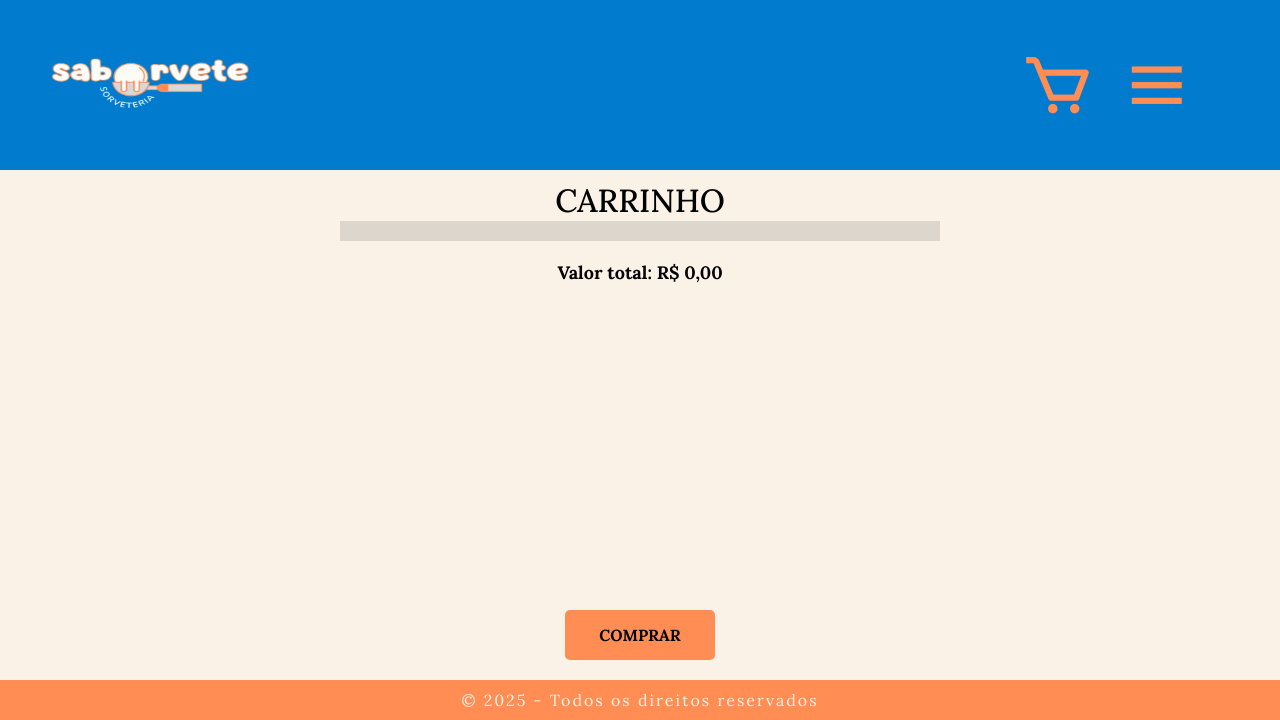
Repository: pedropastoriz/pdv-sorveteria
Page: frontend/carrinho.html
The author's editor kept a copy of each file at every save. The page is drawn from the files as they stood at one save, then again after the next save.
The browser window is 1280 px wide. The pictures show the whole page.

Above is the page before, as saved 2025-04-10 07:19:09.

### frontend/carrinho.html
<!DOCTYPE html>
<html lang="pt-br">
<head>
  <meta charset="UTF-8">
  <meta name="viewport" content="width=device-width, initial-scale=1.0">
  <title>Saborvete - Carrinho</title>
  <link rel="icon" href="/frontend/Imagens/abaLogo.png" type="image/png">
  <link rel="stylesheet" href="carrinho.css">
  <link rel="stylesheet" href="https://cdn.jsdelivr.net/npm/boxicons@latest/css/boxicons.min.css">
</head>
<body>
  <!-- Barra de navegação -->
  <header>
    <a href="home.html" class="logo">
      <img src="/frontend/Imagens/logoSaborvete-semFundo.png" alt="Saborvete">
    </a>
    <div class="navbar">
      <a href="/frontend/carrinho.html" class="iconesNav"><i class="bx bx-cart" id="carrinho-icon"></i></a>
      <a href="/frontend/atualizar.html" class="iconesNav"><i class="bx bx-menu" id="menu-icon"></i></a>
    </div>
  </header>

  <!-- Conteúdo principal -->
  <div class="conteudo">
    <h1>CARRINHO</h1>
    <div class="cart-container" id="carrinho-container">
      <!-- Produtos serão inseridos dinamicamente pelo carrinho.js -->
    </div>
    <div class="campo-valorTotal">
      <div id="valor-total">Valor total: R$ 0,00</div>
    </div>
  </div>

  <!-- Botão de compra -->
  <button id="comprar">COMPRAR</button>

  <!-- Painel de pagamento -->
  <div id="overlay" style="display: none;"></div>
  <div id="painel-pagamento" style="display: none;">
    <h2>FORMA DE PAGAMENTO</h2>
    <select id="forma-pagamento">
      <option disabled selected>Escolha a forma de pagamento</option>
      <option value="pix">Pix</option>
      <option value="credito">Cartão de Crédito</option>
      <option value="debito">Cartão de Débito</option>
      <option value="dinheiro">Dinheiro</option>
    </select>
    <button id="realizar-pagamento">FINALIZAR COMPRA</button>
    <button id="fechar-painel">X</button>
  </div>

  <!-- Rodapé -->
  <footer class="footer">
    <p class="copyright">&copy; 2025 - Todos os direitos reservados</p>
  </footer>

  <!-- Script do carrinho -->
  <script src="carrinho.js"></script>
</body>
</html>

### frontend/carrinho.css
/*Google Fontes*/
@import url('https://fonts.googleapis.com/css2?family=Lora:ital,wght@0,400..700;1,400..700&family=Poppins:ital,wght@0,100;0,200;0,300;0,400;0,500;0,600;0,700;0,800;0,900;1,100;1,200;1,300;1,400;1,500;1,600;1,700;1,800;1,900&display=swap');

* {
    font-family: "Lora", "Poppins";
    margin: 0;
    padding: 0;
    box-sizing: border-box;
    list-style: none;
    text-decoration: none;
    scroll-padding-top: 2rem; /*1 rem = 16px*/
    scroll-behavior: smooth;
}

/*Variaveis de cor*/
:root {
  --blue-color: #017bce;
  --light-blue-color: #2C9EEB;
  --orange-color: #FF8D54;
  --brown-color: #6B4836;
  --text-color: black;
  --bg-color: #FAF2E7;
  --darker-bg-color: #ddd6cd;
}

html {
  height: 100%;
  margin: 0;
  padding: 0;
}

body {
  display: flex;
  flex-direction: column;
  min-height: 100vh;
  margin: 0;
  background-color: var(--bg-color);
  color: var(--bg-color);
  overflow-x: hidden;
}

/* ------------------------------------------------------------- CABEÇALHO ----------------------------------------------------------------*/

header {
  width: 100%;
  height: 170px;
  position: fixed;
  top: 0;
  right: 0;
  z-index: 1000;
  display: flex;
  align-items: center;
  justify-content: space-between;
  background: var(--blue-color);
  padding: 10px 50px;
}

.logo {
  display: inline-block;
  max-width: 180px;
  align-items: center;
  font-size: 1.1rem;
  font-weight: 600;
  color: var(--text-color);
  column-gap: 0.5rem;
}

.logo img {
  width: 200px;
  height: 160px;
}

.logo .bx {
  color: var(--light-blue-color);
}

.navbar {
  width: 300px;
  height: 200px;
  color: var(--light-blue-color);
  align-content: center;
  padding-left: 5rem;
}

#carrinho-icon {
  font-size: 75px;
}

#menu-icon {
  font-size: 75px;
}

.iconesNav {
  display: fixed;
  justify-content: center;
  align-items: center;
  overflow: visible;
  color: var(--orange-color);
  padding: 10px;
}

.iconesNav:hover {
  width: 10rem;
  height: 10rem;
  color: var(--light-blue-color);
  transition: background 0.5s;
}

@media (max-width: 600px) {
  #carrinho-icon, #menu-icon {
    font-size: 40px;
  }
}

/* ------------------------------------------------------------- CONTEÚDO ----------------------------------------------------------------*/

.conteudo {
  position: relative;
  z-index: 900;
  margin-top: 180px;
  flex: 1;
}

h1 {
  font-family: "Lora";
  text-align: center;
  color: var(--text-color);
  font-weight: 500;
}

.cart-container {
  width: 80%;
  max-width: 600px;
  height: auto;
  margin: 0 auto;
  padding: 10px;
  color: var(--text-color);
  background-color: var(--darker-bg-color);
}

.produto {
  display: flex;
  justify-content: space-between;
  align-items: center;
  margin: 10px 0;
  font-size: 18px;
  font-weight: bold;
}

.item-nome {
  font-size: 20px;
  margin: 5px 0;
  color: var(--text-color);
}

.item-preco {
  color: var(--text-color);
  font-weight: bold;
}

.botoes {
  display: flex;
  justify-content: center;
  align-items: center;
  gap: 10px;
}

.botoes button {
  background-color: var(--blue-color);
  color: var(--bg-color);
  border: none;
  border-radius: 4px;
  padding: 5px 10px;
  cursor: pointer;
  font-size: 16px;
}

.botoes button:hover {
  background-color: var(--orange-color);
  color: var(--text-color);
}

.botoes .quantidade {
  font-weight: bold;
  font-size: 16px;
}

.campo-valorTotal {
  margin-top: 0px;
  font-size: 20px;
  font-weight: bold;
}

#valor-total {
  text-align: center;
  margin-top: 20px;
  font-size: 18px;
  font-weight: bold;
  color: var(--text-color);
}

#comprar {
  width: 150px;
  height: 50px;
  padding: 10px 20px;
  margin: 20px auto;
  display: flex;
  justify-content: center;
  align-items: center;
  font-weight: bold;
  font-size: 16px;
  border: none;
  border-radius: 5px;
  cursor: pointer;
  background-color: var(--orange-color);
  color: var(--text-color);
}

#comprar:hover {
  background-color: var(--blue-color);
  color: var(--bg-color);
}

/* ------------------------------------------------------------- RODAPÉ ----------------------------------------------------------------*/

footer {
  width: 100%;
  background-color: var(--orange-color);
  text-align: center;
  padding: 10px;
}

.copyright {
  color: var(--bg-color);
  letter-spacing: 2px;
}

/* ------------------------------------------------------------- TAMANHO TELAS ----------------------------------------------------------------*/

@media (max-width: 1200px) {
  .produtos-container {
      grid-template-columns: repeat(4, 1fr);
  }
}

@media (max-width: 992px) {
  .produtos-container {
      grid-template-columns: repeat(2, 1fr);
  }
}

@media (max-width: 768px) {
  .produtos-container {
      grid-template-columns: 1fr;
  }
}

/* ------------------------------------------------------------- Painel pagamento ----------------------------------------------------------------*/
#overlay {
  display: none;
  position: fixed;
  top: 0;
  left: 0;
  width: 100%;
  height: 100%;
  background: rgba(0, 0, 0, 0.7);
  z-index: 2000;
}

#painel-pagamento {
  display: none;
  position: fixed;
  top: 50%;
  left: 50%;
  transform: translate(-50%, -50%);
  background: white;
  padding: 20px;
  border-radius: 10px;
  box-shadow: 0 5px 15px rgba(0, 0, 0, 0.3);
  z-index: 2100;
  width: 350px;
  text-align: center;
}

#painel-pagamento h2 {
  color: orange;
  font-size: 20px;
  margin-bottom: 20px;
}

#forma-pagamento {
  width: 100%;
  padding: 10px;
  margin-bottom: 20px;
  border: 1px solid orange;
  border-radius: 5px;
}

#realizar-pagamento {
  background-color: #28a745;
  color: white;
  padding: 10px 15px;
  border: none;
  border-radius: 5px;
  cursor: pointer;
  font-size: 16px;
  margin-top: 10px;
}

#realizar-pagamento:hover {
  background-color: #218838;
}

#fechar-painel {
  position: absolute;
  top: 10px;
  right: 10px;
  background: none;
  border: none;
  color: gray;
  font-size: 20px;
  cursor: pointer;
}

#fechar-painel:hover {
  color: black;
}

#comprovante-container {
  display: none;
  position: fixed;
  top: 0;
  left: 0;
  width: 100%;
  height: 100%;
  background-color: rgba(0, 0, 0, 0.8);
  justify-content: center;
  align-items: center;
  z-index: 2200;
}

#comprovante {
  background: white;
  width: 300px;
  padding: 20px 20px 30px;
  border-radius: 10px;
  font-family: 'Poppins', sans-serif;
  text-align: left;
  display: flex;
  flex-direction: column;
  gap: 10px;
  box-shadow: 0 0 15px rgba(0,0,0,0.4);
  position: relative;
}

#comprovante h2 {
  text-align: center;
  font-size: 18px;
  color: var(--text-color);
  margin-bottom: 10px;
}

#lista-produtos-comprovante p {
  margin: 5px 0;
  font-size: 15px;
  color: var(--text-color);
}

#comprovante p {
  font-size: 16px;
  color: var(--text-color);
}

#baixar-comprovante {
  margin-top: 10px;
  padding: 10px;
  background-color: var(--orange-color);
  color: var(--text-color);
  border: none;
  border-radius: 5px;
  cursor: pointer;
  font-weight: bold;
}

#baixar-comprovante:hover {
  background-color: var(--blue-color);
  color: white;
}

#fechar-comprovante {
  position: absolute;
  top: 8px;
  right: 12px;
  background: none;
  border: none;
  font-size: 20px;
  color: gray;
  cursor: pointer;
}

#fechar-comprovante:hover {
  color: black;
}

### frontend/carrinho.js
document.addEventListener("DOMContentLoaded", () => {
  console.log('Script carrinho.js carregado com sucesso!');

  const valorTotalDiv = document.getElementById('valor-total');
  const overlay = document.getElementById("overlay");
  const painelPagamento = document.getElementById("painel-pagamento");

  // Função para calcular o total com base nos produtos
  function calcularTotal() {
    let total = 0;
    document.querySelectorAll('.produto').forEach(produto => {
      const preco = parseFloat(produto.querySelector('.item-preco').textContent.replace('R$', '').replace(',', '.'));
      const quantidade = parseInt(produto.querySelector('.quantidade').textContent);
      total += preco * quantidade;
    });
    valorTotalDiv.textContent = `Valor total: R$ ${total.toFixed(2).replace('.', ',')}`;
    return total;
  }

  // Configura os botões de adicionar e remover itens
  document.querySelectorAll('.produto').forEach(produto => {
    const btnMais = produto.querySelector('.adicionar');
    const btnMenos = produto.querySelector('.diminuir');
    const quantidadeEl = produto.querySelector('.quantidade');
    let quantidade = 0;

    btnMais.addEventListener('click', () => {
      quantidade++;
      quantidadeEl.textContent = quantidade;
      calcularTotal();
    });

    btnMenos.addEventListener('click', () => {
      if (quantidade > 0) {
        quantidade--;
        quantidadeEl.textContent = quantidade;
        calcularTotal();
      }
    });
  });

  // Atualizar o total no carregamento inicial
  calcularTotal();

  // Exibir painel de pagamento
  document.getElementById('comprar').addEventListener('click', () => {
    overlay.style.display = "block";
    painelPagamento.style.display = "block";
  });

  // Fechar painel de pagamento
  document.getElementById("fechar-painel").addEventListener("click", () => {
    overlay.style.display = "none";
    painelPagamento.style.display = "none";
  });

  // Função para finalizar compra e gerar o arquivo XML
  document.getElementById("realizar-pagamento").addEventListener("click", () => {
    const formaPagamento = document.getElementById("forma-pagamento").value;
    const carrinho = [];

    // Construção do carrinho
    document.querySelectorAll('.produto').forEach(produto => {
      const nome = produto.querySelector('.item-nome').textContent;
      const preco = produto.querySelector('.item-preco').textContent;
      const quantidade = parseInt(produto.querySelector('.quantidade').textContent);

      if (quantidade > 0) {
        carrinho.push({ nome, preco, quantidade });
      }
    });

    // Verificação de carrinho vazio
    if (carrinho.length === 0) {
      alert('Seu carrinho está vazio. Não há itens para comprar.');
      return;
    }

    // Geração do conteúdo XML
    let xmlContent = `<?xml version="1.0" encoding="UTF-8"?>\n<compra>\n`;
    xmlContent += `<formaPagamento>${formaPagamento}</formaPagamento>\n`;
    xmlContent += `<produtos>\n`;
    carrinho.forEach(item => {
      xmlContent += `  <produto>\n`;
      xmlContent += `    <nome>${item.nome}</nome>\n`;
      xmlContent += `    <preco>${item.preco}</preco>\n`;
      xmlContent += `    <quantidade>${item.quantidade}</quantidade>\n`;
      xmlContent += `  </produto>\n`;
    });
    xmlContent += `</produtos>\n`;
    xmlContent += `<valorTotal>${valorTotalDiv.textContent.replace('Valor total: ', '')}</valorTotal>\n`;
    xmlContent += `</compra>`;

    // Download do arquivo XML
    const blob = new Blob([xmlContent], { type: 'application/xml' });
    const link = document.createElement('a');
    link.href = URL.createObjectURL(blob);
    link.download = 'comprovante_compra.xml';
    link.click();

    // Fechar painel após compra
    overlay.style.display = "none";
    painelPagamento.style.display = "none";

    // Confirmar sucesso
    alert('Compra finalizada! O comprovante foi baixado como arquivo XML.');
  });
});

After the next save:
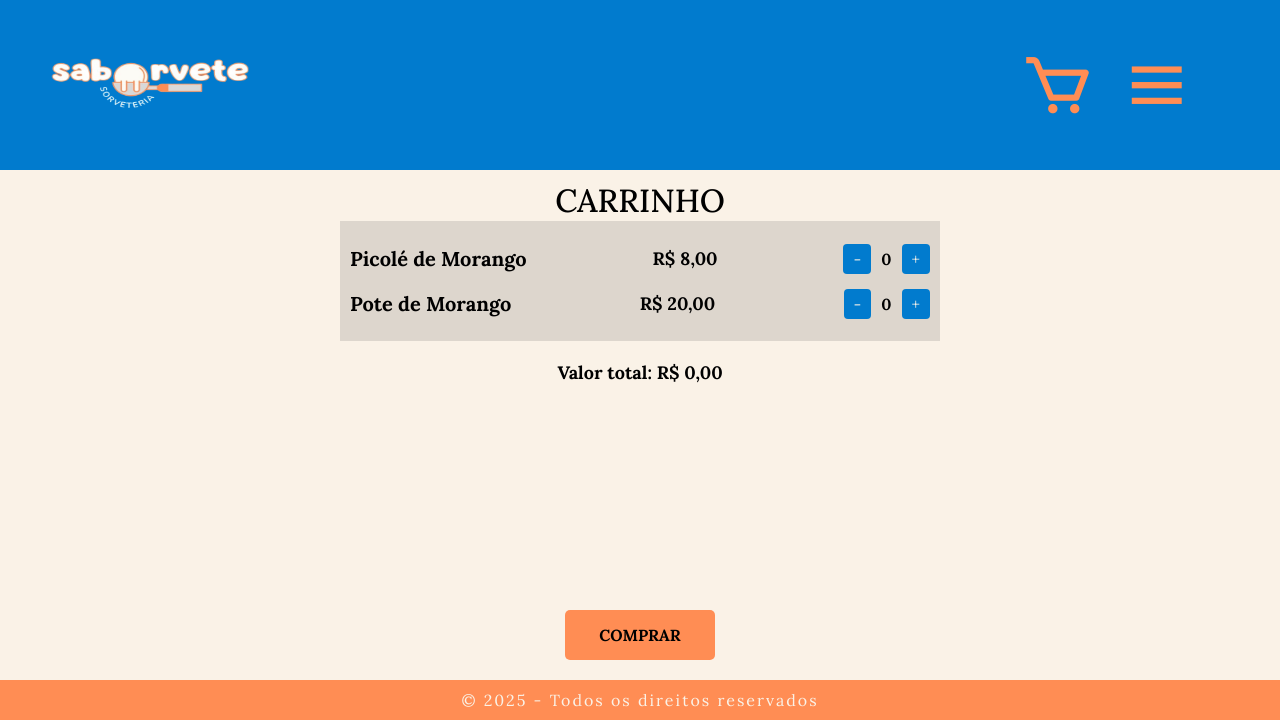
Saved 29 s later.
--- a/frontend/carrinho.html
+++ b/frontend/carrinho.html
@@ -5,7 +5,7 @@
   <meta name="viewport" content="width=device-width, initial-scale=1.0">
   <title>Saborvete - Carrinho</title>
   <link rel="icon" href="/frontend/Imagens/abaLogo.png" type="image/png">
-  <link rel="stylesheet" href="carrinho.css">
+  <link rel="stylesheet" href="carrinho.css"> <!-- LINK DO CSS AQUI -->
   <link rel="stylesheet" href="https://cdn.jsdelivr.net/npm/boxicons@latest/css/boxicons.min.css">
 </head>
 <body>
@@ -15,28 +15,44 @@
       <img src="/frontend/Imagens/logoSaborvete-semFundo.png" alt="Saborvete">
     </a>
     <div class="navbar">
-      <a href="/frontend/carrinho.html" class="iconesNav"><i class="bx bx-cart" id="carrinho-icon"></i></a>
-      <a href="/frontend/atualizar.html" class="iconesNav"><i class="bx bx-menu" id="menu-icon"></i></a>
+      <a href="/frontend/carrinho.html" class="iconesNav" target="_blank"><i class="bx bx-cart" id="carrinho-icon"></i></a>
+      <a href="/frontend/atualizar.html" class="iconesNav" target="_blank"><i class="bx bx-menu" id="menu-icon"></i></a>
     </div>
   </header>
 
-  <!-- Conteúdo principal -->
+  <!-- Lista de Itens Selecionados -->
   <div class="conteudo">
     <h1>CARRINHO</h1>
-    <div class="cart-container" id="carrinho-container">
-      <!-- Produtos serão inseridos dinamicamente pelo carrinho.js -->
+    <div class="cart-container">
+      <div class="produto">
+        <span class="item-nome">Picolé de Morango</span>
+        <span class="item-preco">R$ 8,00</span>
+        <div class="botoes">
+          <button class="diminuir">-</button>
+          <span class="quantidade">0</span>
+          <button class="adicionar">+</button>
+        </div>
+      </div>
+      <div class="produto">
+        <span class="item-nome">Pote de Morango</span>
+        <span class="item-preco">R$ 20,00</span>
+        <div class="botoes">
+          <button class="diminuir">-</button>
+          <span class="quantidade">0</span>
+          <button class="adicionar">+</button>
+        </div>
+      </div>
     </div>
     <div class="campo-valorTotal">
       <div id="valor-total">Valor total: R$ 0,00</div>
     </div>
   </div>
 
-  <!-- Botão de compra -->
   <button id="comprar">COMPRAR</button>
 
   <!-- Painel de pagamento -->
-  <div id="overlay" style="display: none;"></div>
-  <div id="painel-pagamento" style="display: none;">
+  <div id="overlay"></div>
+  <div id="painel-pagamento">
     <h2>FORMA DE PAGAMENTO</h2>
     <select id="forma-pagamento">
       <option disabled selected>Escolha a forma de pagamento</option>
@@ -54,7 +70,7 @@
     <p class="copyright">&copy; 2025 - Todos os direitos reservados</p>
   </footer>
 
-  <!-- Script do carrinho -->
-  <script src="carrinho.js"></script>
+  <!-- SCRIPT DO JAVASCRIPT -->
+  <script src="carrinho.js"></script> <!-- LINK DO JS AQUI -->
 </body>
 </html>
